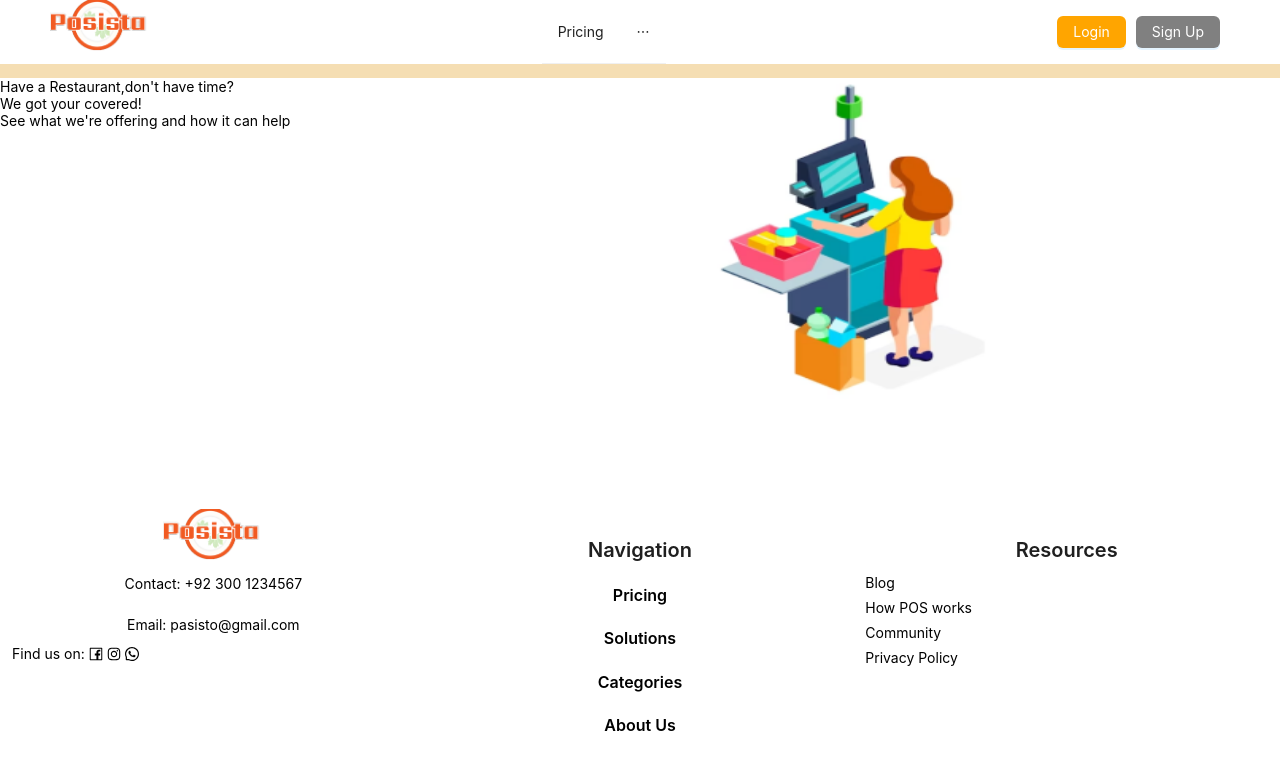
Repository: usmanarshad90/Posista
Page: / (app in test/)
The author's editor kept a copy of each file at every save. The page is drawn from the files as they stood at one save, then again after the next save.
The browser window is 1280 px wide. The pictures show the whole page.
The project was rebuilt for these pictures with package versions that can differ from the ones it lists, and the page was loaded fresh each time. Also part of the build but not shown: test/src/components/Pricing/Pricing.jsx, test/src/components/Solution/Solutions.jsx, test/src/components/About/AboutUs.jsx, test/src/components/login/login.jsx, test/src/components/signup/signup.jsx.

Above is the page before, as saved 2023-11-28 15:04:31.

### test/public/index.html
<!DOCTYPE html>
<html lang="en">
  <head>
    <meta charset="utf-8" />
    <link rel="icon" href="%PUBLIC_URL%/favicon.ico" />
    <meta name="viewport" content="width=device-width, initial-scale=1" />
    <meta name="theme-color" content="#000000" />
    <meta
      name="description"
      content="Web site created using create-react-app"
    />
    <link rel="apple-touch-icon" href="%PUBLIC_URL%/logo192.png" />

    <link rel="manifest" href="%PUBLIC_URL%/manifest.json" />

    <title>Posisto</title>
  </head>
  <body>
    <noscript>You need to enable JavaScript to run this app.</noscript>
    <div id="root"></div>



  </body>
</html>

### test/src/index.css
body {
  margin: 0;
  font-family: -apple-system, BlinkMacSystemFont, 'Segoe UI', 'Roboto', 'Oxygen',
    'Ubuntu', 'Cantarell', 'Fira Sans', 'Droid Sans', 'Helvetica Neue',
    sans-serif;
  -webkit-font-smoothing: antialiased;
  -moz-osx-font-smoothing: grayscale;
}

code {
  font-family: source-code-pro, Menlo, Monaco, Consolas, 'Courier New',
    monospace;
}
.background{
  background-image: url("./images/background.jpg")!important;

}



/* .container{
  max-width: 1000px;
  margin: auto;
  width: 100%;
  padding-inline: 1rem;
  padding-block:5rem;

} */

### test/src/App.js
import {BrowserRouter  as Router , Routes , Route} from 'react-router-dom'
import Home from './components/Home/Home';

import Pricing from './components/Pricing/Pricing';
import Solutions from './components/Solution/Solutions';
import AboutUs from './components/About/AboutUs';
import Login from './components/login/login';
import SignUp from './components/signup/signup';


function App() {
  return (
    <Router>
    {/* if i can do it like this all pages come on the header */}

      <Routes>

        {/* if i can do it like this header individually come on the each page*/}

        <Route path="/" element={< Home/>} />
        <Route path="/login" element={<Login/>}/>
        <Route path="/signup" element={<SignUp/>} />

        <Route path="/pricing" element={< Pricing/>} />
        <Route path="/solution" element={< Solutions/>} />
        <Route path="/about" element={<AboutUs/>} />

        </Routes>
        {/* for footer i can call here */}

        </Router>
  );
}

export default App;

### test/src/components/Home/Home.jsx
import React from 'react'
import PageHeader from '../PageHeader/PageHeader'
import HeroSection from '../HeroSection/HeroSection'
import PageFooter from '../Footer/Footer'

const Home = () => {
  return (
    <>
    <PageHeader/>
    <HeroSection/>



    <PageFooter/>

    </>
  )
}

export default Home

### test/src/components/PageHeader/PageHeader.jsx
import React from 'react'
import { Layout, Menu, Button, Row, Col } from 'antd';
import { Link } from 'react-router-dom';
import logoimage from '../../images/posistologo.png'
import {HomeOutlined, UserOutlined,SettingOutlined,} from '@ant-design/icons';

const { Header } = Layout;
const PageHeader = () => {
  return (
    <Row>
      <Col lg={24} xl={24} md={12} xs={4} >
    <Layout className="layout">
    <Header style={{ display: 'flex', justifyContent: 'space-between' ,backgroundColor: 'white' }}>
      <div className="logo" >

      <Link to={'/'}><img src={logoimage} alt="" width="100px"  /></Link>
        </div>
      <Menu  mode="horizontal" style={ {color:'black',backgroundColor: 'transparent'}} >
        <Link to={'/pricing'} ><Menu.Item key="1" >Pricing</Menu.Item></Link>


        <Link to={'/solution'} ><Menu.Item key="2" >Solutions</Menu.Item></Link>

        <Link to={'/about'} ><Menu.Item key="3" >About Us</Menu.Item></Link>
      </Menu>

      <div>

        <Link to="/login"><Button type="primary" style={{ marginRight: '10px', backgroundColor: 'orange' }}>Login</Button>
        </Link>
        <Link to="/signup"><Button type="primary" style={{ marginRight: '10px', backgroundColor: 'grey' }}>Sign Up</Button></Link>
      </div>




    </Header>
  </Layout>
  </Col>
  </Row>
  )
}

export default PageHeader;

### test/src/components/HeroSection/HeroSection.jsx
import React from 'react'
import { Row,Col,Image,Divider} from 'antd';

import image from '../../images/design.png'

const HeroSection = () => {




      const DemoBox = (props) => <p className={`height-${props.value}`}>{props.children}</p>;
  return (
    <>
    <Row  >
      <Col  lg={{ span:24, order: 1 }} md={24} xs={24} xl={24} xxl={24}  style={{background:'wheat'}}>
      <DemoBox value={'100%'}> </DemoBox>
        </Col>

    <Col lg={{ span: 12, order: 2 }} md={8} xs={4} xl={12}>

    <div   >

         Have a Restaurant,don't have time? <br />
         We got your covered! <br/>

         <div   >See what we're offering and how it can help <br />


         </div>
    </div>
    </Col>
    <Col lg={{ span: 12, order: 3 }}md={8} xs={4} xl={12}>
    <Image width={'70%'} preview={false} height={'90%'} src={image} alt="#" />

    </Col>
   </Row>
   </>
  )
}

export default HeroSection

### test/src/components/Footer/Footer.jsx
import React from 'react';
import { Layout, Menu, Row, Col, Typography } from 'antd';
import { Link } from 'react-router-dom';
import logoimage from '../../images/posistologo.png';
import { FacebookOutlined, InstagramOutlined, WhatsAppOutlined } from '@ant-design/icons';

const Footer = () => {
  const columnStyle = {
    padding: '12px',
    textAlign: 'center', // Center text within each column
    color: 'black',
  };

  const textStyle = {
    textAlign: 'left', // Align text to the left inside each column
  };

  return (
    <Row>
      <Col lg={{ span: 8, order: 1 }} md={6} xs={4} xl={8} xxl={8} style={columnStyle}>
        <div className="logo">
          <Link to={'/'}>
            <img src={logoimage} alt="" width="100px" />
          </Link>
        </div>
        <div style={columnStyle}>Contact: +92 300 1234567</div>
        <div style={columnStyle}>Email: pasisto@gmail.com</div>
        <div style={textStyle}>
          Find us on: <FacebookOutlined /> <InstagramOutlined /> <WhatsAppOutlined />
        </div>
      </Col>

      <Col lg={{ span: 8, order: 1 }} md={6} xs={4} xl={8} xxl={8} style={columnStyle}>
        <Typography.Title level={4}>Navigation </Typography.Title>
        <Typography.Title level={5}>
          <Link to={'/pricing'} style={{ color: 'black' }}>
            Pricing
          </Link>{' '}
        </Typography.Title>
        <Typography.Title level={5}>
          <Link to={'/solution'} style={{ color: 'black' }}>
            Solutions
          </Link>
        </Typography.Title>
        <Typography.Title level={5}>
          <Link to={'/about'} style={{ color: 'black' }}>
            Categories
          </Link>
        </Typography.Title>
        <Typography.Title level={5}>
          <Link to={'/about'} style={{ color: 'black' }}>
            About Us
          </Link>
        </Typography.Title>
      </Col>

      <Col lg={{ span: 8, order: 1 }} md={6} xs={4} xl={8} xxl={8} style={columnStyle}>
        <Typography.Title level={4}>Resources</Typography.Title>
        <div style={{ ...textStyle, marginBottom: '8px' }}>Blog</div>
        <div style={{ ...textStyle, marginBottom: '8px' }}>How POS works</div>
        <div style={{ ...textStyle, marginBottom: '8px' }}>Community</div>
        <div style={textStyle}>Privacy Policy</div>
      </Col>
    </Row>
  );
};

export default Footer;

Loaded but not shown: test/src/index.js (common file)

After the next save:
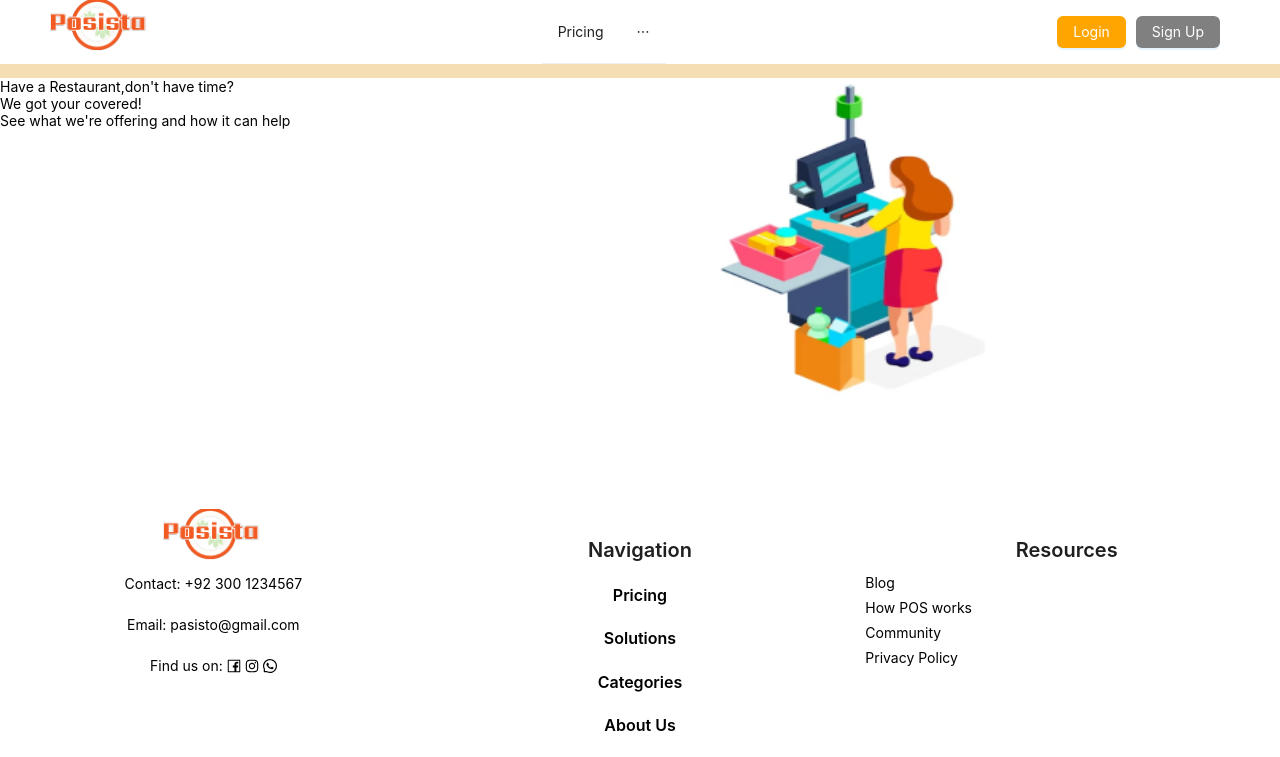
Saved 16 s later.
--- a/test/src/components/Footer/Footer.jsx
+++ b/test/src/components/Footer/Footer.jsx
@@ -25,7 +25,7 @@ const Footer = () => {
         </div>
         <div style={columnStyle}>Contact: +92 300 1234567</div>
         <div style={columnStyle}>Email: pasisto@gmail.com</div>
-        <div style={textStyle}>
+        <div style={columnStyle}>
           Find us on: <FacebookOutlined /> <InstagramOutlined /> <WhatsAppOutlined />
         </div>
       </Col>
